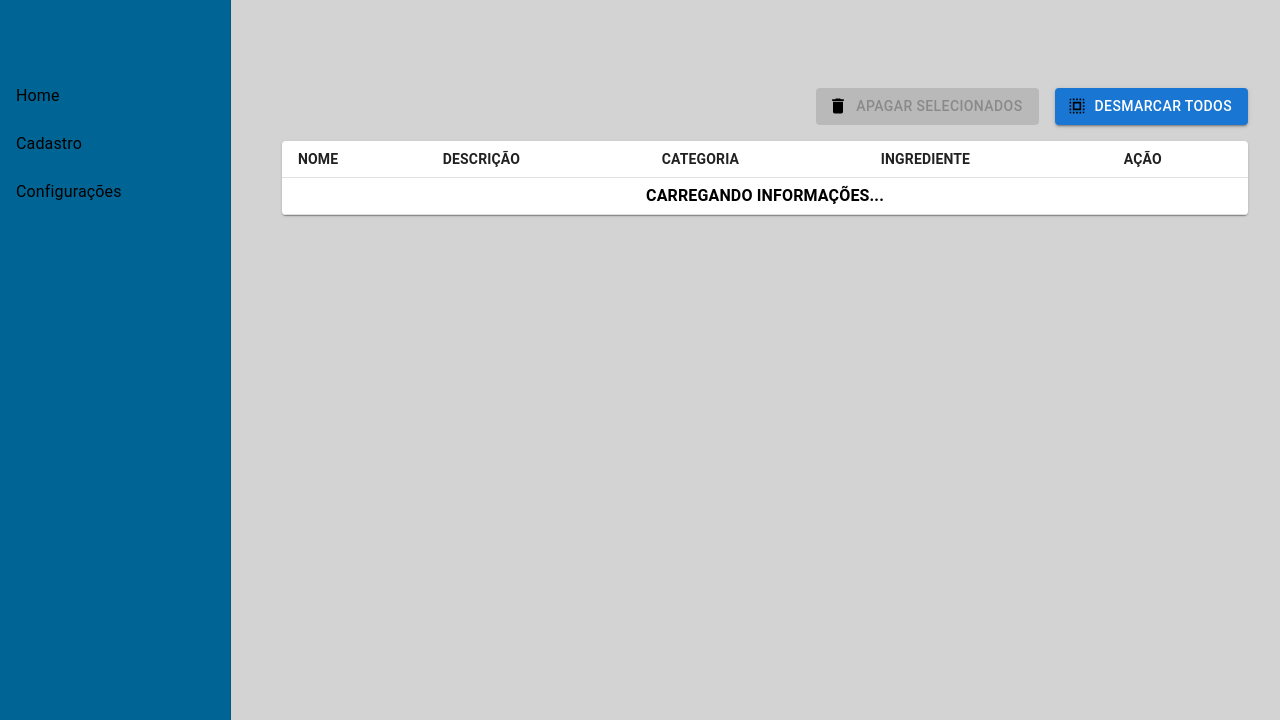
Repository: oZanella/projeto_windel_web_CRM
Page: /
These files come from the project's save history. The page is drawn as it stood at one moment and after the next save; the edit follows.
The browser window is 1280 px wide. The pictures show the whole page.
The page's requests for data from a server got no answer. The project was rebuilt for these pictures with package versions that can differ from the ones it lists, and the page was loaded fresh each time. No one was signed in, and anything a server would have sent is missing. Also part of the build but not shown: vite.config.js, src/routes/Configuracoes.jsx. Imported but missing from the stored project, and not drawn on this page: src/routes/Cadastro.jsx.

Above is the page before, as saved 2024-08-19 08:56:01.

### index.html
<!doctype html>
<html lang="en">

<head>
  <meta charset="UTF-8" />
  <link rel="icon" type="image/svg+xml" href="./src/image/LogoWindel.svg" />
  <link rel="stylesheet" href="src/style/GlobalStyles.css" />
  <link href="https://fonts.googleapis.com/css2?family=Playfair+Display&display=swap" rel="stylesheet">

  <meta name="viewport" content="width=device-width, initial-scale=1.0" />
  <title>Projeto Teste - CRM </title>
</head>

<body>
  <div id="root"></div>
  <script type="module" src="/src/main.jsx"></script>
</body>

</html>

### src/style/GlobalStyles.css
:root {
  --click: #7fa8c4;
  --primary: #E8F1F2;
  --darkblue: #13293D;
  --secondary: #000000;
  --ligthblue: #1b98e0;
  --animation: #006494;
  --ligthkgrey: #D3D3D3;
  --blueceledron: #247ba0;
  --delete: #FF0000;
}

* {
    color: var(--secondary);
}

body {
  background-color: var(--ligthkgrey);
}

### src/main.jsx
import { createBrowserRouter, RouterProvider, Navigate } from "react-router-dom"
import { createRoot } from 'react-dom/client'
import { StrictMode } from 'react'
import { App } from './App.jsx'

import './style/GlobalStyles.css'

//páginas do projeto
import { Cadastro } from './routes/Cadastro.jsx'
import { Home } from './routes/Home.jsx'
import { Configuracoes } from './routes/configuracoes.jsx'

const router = createBrowserRouter([
  {
    element: <App />,
    children: [
      {
        path: '/',
        element: <Navigate to="/home" replace />,
      },
      {
        path: '/home',
        element: <Home />,
      },
      {
        path: '/cadastro',
        element: <Cadastro />,
      },
      {
        path: '/configuracoes',
        element: <Configuracoes />,
      },
    ],
  },
])

createRoot(document.getElementById('root')).render(
  <StrictMode>
    <RouterProvider router={router} />
  </StrictMode>,
)

### src/App.jsx
import { Header } from './components/Header'
import { Outlet } from 'react-router-dom'
import { Box } from '@mui/material'
import './style/GlobalStyles.css'

export function App() {
  return (
    <Box sx={{ p: { xs: 2, sm: 3 }, marginTop: { xs: 8, sm: 8 } }}>
      <Header />
      <Box>
        <Outlet />
      </Box>
    </Box>
  );
}

### src/routes/Home.jsx
import React, { useEffect, useState } from 'react';
import { Box, TextField, Button, Dialog, DialogActions, DialogContent, DialogTitle, Select, MenuItem, FormControl, InputLabel } from '@mui/material';

import { handleShowDetails, handleEdit, handleSave, handleInputChange } from '../components/Handle';
import { CardDados } from '../components/TableHome';

import { blogFetch } from '../axios/config';


export const Home = () => {
  const [posts, setPosts] = useState([]);
  const [selectInfo, setSelectInfo] = useState(null);
  const [modeEdit, setModeEdit] = useState(null);
  const [dataEdit, setDataEdit] = useState({});
  const [openAddDialog, setOpenAddDialog] = useState(false);
  const [newPost, setNewPost] = useState({ name: '', description: '', category: '' });

  const getPosts = async () => {
    try {
      const response = await blogFetch.get("/recipe");
      const uniqueData = response.data.filter((value, index, self) =>
        index === self.findIndex((t) => t.id === value.id)
      );
      setPosts(uniqueData); // Garante que não tenha dados duplicados
    } catch (error) {
      console.log(error);
    }
  };

  useEffect(() => {
    getPosts();
  }, []);

  const handleDelete = async (postId) => {
    try {
      await blogFetch.delete(`/recipe/${postId}`);
      setPosts(posts.filter(post => post.id !== postId));
      console.log('Post deletado com sucesso');
    } catch (error) {
      console.error('Erro ao deletar o post', error);
    }
  };

  const handleAddOpen = () => setOpenAddDialog(true);
  const handleAddClose = () => setOpenAddDialog(false);

  {/* API para envio do novo registro*/ }
  const handleAdd = async () => {
    try {
      const newPostFormatted = {
        name: newPost.name,
        description: newPost.description,
        ingredients: [],
        category: newPost.category,
        isFavorite: newPost.isFavorite
      };

      const response = await blogFetch.post("/recipe", newPostFormatted);
      setPosts([...posts, response.data]);
      setNewPost({ name: '', description: '', category: '', isFavorite: false });
      handleAddClose();
      console.log('Post adicionado com sucesso');
    } catch (error) {
      console.error('Erro ao adicionar o post', error);
    }
  };

  return (
    <Box>
      {/* Dados para Adicionar Novo Registro */}
      <Dialog open={openAddDialog} onClose={handleAddClose}>
        <DialogTitle>Adicionar Novo Registro</DialogTitle>
        <DialogContent>
          <TextField
            name="name"
            label="Nome"
            value={newPost.name}
            onChange={(e) => setNewPost({ ...newPost, name: e.target.value })}
            fullWidth
            sx={{ marginBottom: 2 }}
          />
          <TextField
            name="description"
            label="Descrição"
            value={newPost.description}
            onChange={(e) => setNewPost({ ...newPost, description: e.target.value })}
            fullWidth
            sx={{ marginBottom: 2 }}
          />
          <TextField
            name="category"
            label="Categoria"
            value={newPost.category}
            onChange={(e) => setNewPost({ ...newPost, category: e.target.value })}
            fullWidth
            sx={{ marginBottom: 2 }}
          />
          <FormControl fullWidth sx={{ marginBottom: 2 }}>
            <InputLabel>Favorito</InputLabel>
            <Select
              name="isFavorite"
              value={newPost.isFavorite}
              onChange={(e) => setNewPost({ ...newPost, isFavorite: e.target.value })}
              label="Favorito"
            >
              <MenuItem value={true}>Sim</MenuItem>
              <MenuItem value={false}>Não</MenuItem>

            </Select>
          </FormControl>
        </DialogContent>
        <DialogActions>
          <Button onClick={handleAddClose}>Cancelar</Button>
          <Button onClick={handleAdd}>Adicionar</Button>
        </DialogActions>
      </Dialog>

      <CardDados
        posts={posts}
        handleDelete={handleDelete}
        handleEdit={handleEdit}
        handleSave={handleSave}
        modeEdit={modeEdit}
        setModeEdit={setModeEdit}
        dataEdit={dataEdit}
        setDataEdit={setDataEdit}
        handleInputChange={handleInputChange}
        selectInfo={selectInfo}
        setSelectInfo={setSelectInfo}
        handleShowDetails={handleShowDetails}
      />
    </Box>
  );
};

### src/components/Header.jsx
import { AppBar, Toolbar, Typography, Box, Button, IconButton, Drawer, List, ListItem, ListItemText } from '@mui/material';
import MenuIcon from '@mui/icons-material/Menu';
import Logo from '../image/LogoWindel.svg';
import { Link } from 'react-router-dom';
import React, { useState } from 'react';

export const Header = () => {
  const [isDrawerOpen, setIsDrawerOpen] = useState(false);

  const toggleDrawer = (open) => () => {
    setIsDrawerOpen(open);
  };

  const menuItems = [
    { text: 'Home', link: '/home' },
    { text: 'Cadastro', link: '/cadastro' },
    { text: 'Configurações', link: '/configuracoes' },
  ];

  return (
    <>

      <AppBar
        position="fixed"
        sx={{
          display: { xs: 'flex', sm: 'none' },
          width: '100%',
          boxShadow: '0px 0.01px 11px var(--secondary)',
          top: 0,
          left: 0,
          backgroundColor: 'var(--darkblue)',
        }}
      >
        <Toolbar
          sx={{
            display: 'flex',
            justifyContent: 'space-between',
          }}
        >
          <IconButton
            edge="start"
            color="inherit"
            aria-label="menu"
            onClick={toggleDrawer(true)}
          >
            <MenuIcon />

          </IconButton>
          <Typography variant="h6" sx={{ flexGrow: 1 }}>
            Cooking Cake
          </Typography>

          <IconButton
            to={`/home`}
            sx={{
              cursor: 'default',
            }}
            component={Link}
            aria-label="logo"
          >
            <img src={Logo} alt="Logo" style={{ width: '50px', height: '40px' }} />
          </IconButton>
        </Toolbar>
      </AppBar>


      <Drawer
        anchor="left"
        open={isDrawerOpen}
        onClose={toggleDrawer(false)}
        sx={{
          display: { xs: 'block', sm: 'none' },
          '& .MuiDrawer-paper': {
            width: 240,
            backgroundColor: 'var(--darkblue)',
          },
        }}
      >
        <List>
          {menuItems.map((item) => (
            <ListItem key={item.text} component={Link} to={item.link} onClick={toggleDrawer(false)}>
              <ListItemText primary={item.text} />
            </ListItem>
          ))}
        </List>
      </Drawer>


      <Drawer
        variant="permanent"
        sx={{
          display: { xs: 'none', sm: 'block' },
          '& .MuiDrawer-paper': {
            width: 230,
            backgroundColor: 'var(--animation)',
          },
        }}
        open
      >
        <Toolbar />
        <Box sx={{ overflow: 'auto' }}>
          <List>
            {menuItems.map((item) => (
              <ListItem key={item.text} component={Link} to={item.link}>
                <ListItemText primary={item.text} />
              </ListItem>
            ))}
          </List>
        </Box>
      </Drawer>

    </>
  );
};

### src/components/Handle.jsx

import { blogFetch } from '../axios/config';


export const handleShowDetails = (post, setSelectInfo, selectInfo) => {
  if (selectInfo?.id === post.id) {
    setSelectInfo(null); // Fecha se já estiver aberto
  } else {
    setSelectInfo(post); // Abre o post atual
  }
};

export const handleEdit = (post, setModeEdit, setDataEdit) => {
  setModeEdit(post.id);
  setDataEdit(post);
};

//continua com erro, verificar!!
export const handleSave = async (postId, updateData) => {
  try {
    // Envie uma requisição PUT ou POST para salvar os dados atualizados
    const response = await blogFetch.put(`/blogFetch/posts/${postId}`, updateData);
    console.log('Dados salvos com sucesso', response.data);

  } catch (error) {
    console.error('Erro de API', error);
  }
};

export const handleInputChange = (e, setDataEdit) => {
  setDataEdit(prevDataEdit => ({ ...prevDataEdit, [e.target.name]: e.target.value }));
};

### src/components/TableHome.jsx
import React, { useState, useEffect } from 'react';
import {
  Table, TableBody, TableCell, TableContainer, TableHead, TableRow, Typography, Box, Button, IconButton, TextField, Dialog, DialogContent, DialogActions, FormControlLabel, Switch, Chip, Paper, Checkbox
} from '@mui/material';
import EditIcon from '@mui/icons-material/Edit';
import SaveIcon from '@mui/icons-material/Save';
import AddIcon from '@mui/icons-material/Add';
import CloseIcon from '@mui/icons-material/Close';
import DeleteIcon from '@mui/icons-material/Delete';
import SelectAllIcon from '@mui/icons-material/SelectAll';
import axios from 'axios';

const API_BASE_URL = 'https://teste-tecnico-front-api.up.railway.app';

export const CardDados = ({
  posts, setPosts, handleDelete
}) => {
  const [openModal, setOpenModal] = useState(false);
  const [currentPost, setCurrentPost] = useState(null);
  const [dataEdit, setDataEdit] = useState({});
  const [newIngredient, setNewIngredient] = useState('');
  const [selectedPosts, setSelectedPosts] = useState([]);

  useEffect(() => {
    if (currentPost) {
      setDataEdit({ ...currentPost });
    }
  }, [currentPost]);

  const handleEditOpen = (post) => {
    setCurrentPost(post);
    setOpenModal(true);
  };

  const handleEditClose = () => {
    setOpenModal(false);
    setCurrentPost(null);
    setNewIngredient('');
  };

  const handleSaveModal = async () => {
    if (currentPost) {
      try {
        await axios.put(`${API_BASE_URL}/posts/${currentPost.id}`, dataEdit);
        const response = await axios.get(`${API_BASE_URL}/posts`);
        setPosts(response.data);
        handleEditClose();
      } catch (error) {
        console.error('Error ao salvar:', error);
      }
    }
  };

  const handleAddIngredient = () => {
    if (newIngredient.trim() !== '') {
      setDataEdit((prevData) => ({
        ...prevData,
        ingredients: [...(prevData.ingredients || []), newIngredient.trim()],
      }));
      setNewIngredient('');
    }
  };

  const handleRemoveIngredient = (ingredientToRemove) => {
    setDataEdit((prevData) => ({
      ...prevData,
      ingredients: (prevData.ingredients || []).filter((ingredient) => ingredient !== ingredientToRemove),
    }));
  };

  const handleSelectAll = () => {
    if (selectedPosts.length === posts.length) {
      setSelectedPosts([]);
    } else {
      setSelectedPosts(posts.map(post => post.id));
    }
  };

  const handleDeleteSelected = async () => {
    try {
      await Promise.all(selectedPosts.map(id => axios.delete(`${API_BASE_URL}/posts/${id}`)));
      const response = await axios.get(`${API_BASE_URL}/posts`);
      setPosts(response.data);
      setSelectedPosts([]);
    } catch (error) {
      console.error('Error ao apagar os registros:', error);
    }
  };

  const handleSelectPost = (id) => {
    setSelectedPosts(prevSelected =>
      prevSelected.includes(id)
        ? prevSelected.filter(postId => postId !== id)
        : [...prevSelected, id]
    );
  };

  return (
    <>
      <Box sx={{ display: 'flex', justifyContent: 'flex-end', mb: 2 }}>
        <Button
          variant="contained"
          color="error"
          startIcon={<DeleteIcon />}
          onClick={handleDeleteSelected}
          disabled={selectedPosts.length === 0}
          sx={{ marginRight: 2 }}
        >
          Apagar Selecionados
        </Button>
        <Button
          variant="contained"
          color="primary"
          startIcon={<SelectAllIcon />}
          onClick={handleSelectAll}
        >
          {selectedPosts.length === posts.length ? 'Desmarcar Todos' : 'Selecionar Todos'}
        </Button>
      </Box>

      {/* Tabela aonde aparece os dados
      Dentro do TableContainer tem um calculo que é feito por conta do menu lateral*/}
      <TableContainer component={Paper} sx={{ overflowX: 'auto', width: { xs: '100%', sm: 'calc(100% - 250px)' }, ml: { sm: '250px' } }}>
        <Table size='small'>
          <TableHead>
            <TableRow>
              <TableCell sx={{ fontWeight: 'bold', textTransform: 'uppercase' }}>Nome</TableCell>
              <TableCell sx={{ fontWeight: 'bold', textTransform: 'uppercase' }}>Descrição</TableCell>
              <TableCell sx={{ fontWeight: 'bold', textTransform: 'uppercase' }}>Categoria</TableCell>
              <TableCell sx={{ fontWeight: 'bold', textTransform: 'uppercase' }}>Ingrediente</TableCell>
              <TableCell sx={{ fontWeight: 'bold', textTransform: 'uppercase' }}>Ação</TableCell>
            </TableRow>
          </TableHead>
          <TableBody>
            {posts.length === 0 ? (
              <TableRow>
                <TableCell colSpan={5} align="center">
                  <Typography variant="body1" sx={{ fontWeight: 'bold', textTransform: 'uppercase' }}>Carregando informações...</Typography>
                </TableCell>
              </TableRow>
            ) : (
              posts.map((post) => (
                <TableRow sx={{ height: 'auto' }} key={post.id}>
                  <TableCell sx={{ padding: '8px' }}>
                    {post.name}
                  </TableCell>
                  <TableCell sx={{ padding: '8px' }}>{post.description}</TableCell>
                  <TableCell sx={{ padding: '8px' }}>{post.category}</TableCell>

                  <TableCell sx={{ padding: '8px' }}>
                    <Box sx={{
                      display: 'flex',
                      flexWrap: 'wrap',
                      overflowX: 'auto',
                      gap: 1,
                      width: '100%',
                    }}>
                      {post.ingredients && post.ingredients.length > 0 ? (
                        post.ingredients.map((ingredient) => (
                          <Box
                            key={ingredient.id}
                            sx={{
                              display: 'flex',
                              flexDirection: 'column',
                              alignItems: 'flex-start',
                              marginRight: 1,
                              marginBottom: 1,
                            }}
                          >
                            <Typography variant="body1">{ingredient.name}</Typography>
                            <Typography variant="body2" color="textSecondary">
                              Quantidade: {ingredient.quantity}
                            </Typography>
                          </Box>
                        ))
                      ) : (
                        <Typography variant="body2">Nenhum ingrediente disponível</Typography>
                      )}
                    </Box>
                  </TableCell>

                  <TableCell>
                    <Box sx={{ display: 'flex', alignItems: 'center' }}>
                      <Checkbox
                        checked={selectedPosts.includes(post.id)}
                        onChange={() => handleSelectPost(post.id)}
                        color="primary"
                      />
                      <IconButton
                        color="primary"
                        onClick={() => handleEditOpen(post)}
                        sx={{ mr: 1 }}
                      >
                        <EditIcon />
                      </IconButton>
                      <IconButton
                        color="error"
                        onClick={() => handleDelete(post.id)}
                      >
                        <DeleteIcon />
                      </IconButton>
                    </Box>
                  </TableCell>
                </TableRow>
              ))
            )}
          </TableBody>
        </Table>
      </TableContainer>

      {/* Modal de edição */}
      <Dialog open={openModal} onClose={handleEditClose} fullWidth maxWidth="sm">
        <DialogContent>
          {currentPost && (
            <Box component="form" sx={{ display: 'flex', flexDirection: 'column', gap: 2 }}>
              <TextField
                name="name"
                label="Nome"
                value={dataEdit.name || ''}
                onChange={(e) => setDataEdit({ ...dataEdit, name: e.target.value })}
                fullWidth
                sx={{ marginBottom: 2 }}
              />
              <TextField
                name="description"
                label="Descrição"
                value={dataEdit.description || ''}
                onChange={(e) => setDataEdit({ ...dataEdit, description: e.target.value })}
                fullWidth
                sx={{ marginBottom: 2 }}
              />
              <TextField
                name="category"
                label="Categoria"
                value={dataEdit.category || ''}
                onChange={(e) => setDataEdit({ ...dataEdit, category: e.target.value })}
                fullWidth
                sx={{ marginBottom: 2 }}
              />
              <FormControlLabel
                control={
                  <Switch
                    checked={dataEdit.isFavorite || false}
                    onChange={(e) => setDataEdit({ ...dataEdit, isFavorite: e.target.checked })}
                    color="primary"
                  />
                }
                label="Favorito"
              />
              <Box sx={{ display: 'flex', gap: 2 }}>
                <TextField
                  label="Novo Ingrediente"
                  value={newIngredient}
                  onChange={(e) => setNewIngredient(e.target.value)}
                  fullWidth
                  sx={{ marginBottom: 2 }}
                />
                <IconButton
                  color="primary"
                  onClick={handleAddIngredient}
                  disabled={!newIngredient.trim()}
                  sx={{ marginBottom: 2 }}
                >
                  <AddIcon />
                </IconButton>
              </Box>

              {dataEdit.ingredients && dataEdit.ingredients.length > 0 && (
                <Box sx={{ display: 'flex', flexWrap: 'wrap', gap: 1 }}>
                  {dataEdit.ingredients.map((ingredient, index) => (
                    <Chip
                      key={index}
                      label={ingredient}
                      onDelete={() => handleRemoveIngredient(ingredient)}
                      sx={{ marginBottom: 2 }}
                    />
                  ))}
                </Box>
              )}
            </Box>
          )}
        </DialogContent>
        <DialogActions>
          <Button onClick={handleEditClose} color="secondary" startIcon={<CloseIcon />}>
            Cancelar
          </Button>
          <Button onClick={handleSaveModal} color="primary" startIcon={<SaveIcon />}>
            Salvar
          </Button>
        </DialogActions>
      </Dialog>
    </>
  );
};

### src/axios/config.jsx
// src/axios/config.js
import axios from 'axios';

export const blogFetch = axios.create({
  baseURL: 'https://teste-tecnico-front-api.up.railway.app',
  headers: {
    'Content-Type': 'application/json',
  },
});

After the next save:
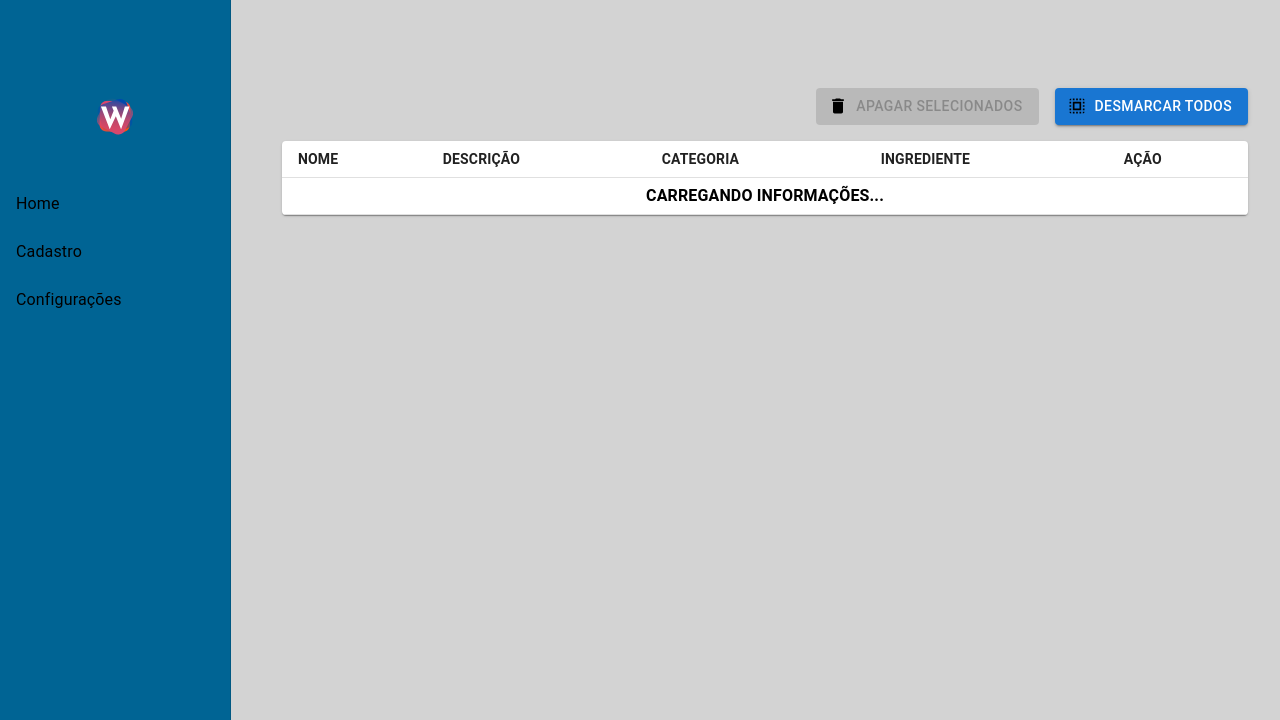
Saved 71 s later.
--- a/src/components/Header.jsx
+++ b/src/components/Header.jsx
@@ -1,4 +1,4 @@
-import { AppBar, Toolbar, Typography, Box, Button, IconButton, Drawer, List, ListItem, ListItemText } from '@mui/material';
+import { AppBar, Toolbar, Typography, Box, IconButton, Drawer, List, ListItem, ListItemText } from '@mui/material';
 import MenuIcon from '@mui/icons-material/Menu';
 import Logo from '../image/LogoWindel.svg';
 import { Link } from 'react-router-dom';
@@ -19,7 +19,7 @@ export const Header = () => {
 
   return (
     <>
-
+      {/* Mobile AppBar */}
       <AppBar
         position="fixed"
         sx={{
@@ -44,12 +44,10 @@ export const Header = () => {
             onClick={toggleDrawer(true)}
           >
             <MenuIcon />
-
           </IconButton>
           <Typography variant="h6" sx={{ flexGrow: 1 }}>
             Cooking Cake
           </Typography>
-
           <IconButton
             to={`/home`}
             sx={{
@@ -63,7 +61,7 @@ export const Header = () => {
         </Toolbar>
       </AppBar>
 
-
+      {/* Mobile Drawer */}
       <Drawer
         anchor="left"
         open={isDrawerOpen}
@@ -76,6 +74,16 @@ export const Header = () => {
           },
         }}
       >
+        <Box sx={{ padding: 2, display: 'flex', flexDirection: 'column', alignItems: 'center' }}>
+          <IconButton
+            to={`/home`}
+            sx={{ cursor: 'default' }}
+            component={Link}
+            aria-label="logo"
+          >
+            <img src={Logo} alt="Logo" style={{ width: '80px', height: '60px' }} />
+          </IconButton>
+        </Box>
         <List>
           {menuItems.map((item) => (
             <ListItem key={item.text} component={Link} to={item.link} onClick={toggleDrawer(false)}>
@@ -85,7 +93,7 @@ export const Header = () => {
         </List>
       </Drawer>
 
-
+      {/* Desktop Drawer */}
       <Drawer
         variant="permanent"
         sx={{
@@ -98,6 +106,16 @@ export const Header = () => {
         open
       >
         <Toolbar />
+        <Box sx={{ padding: 2, display: 'flex', flexDirection: 'column', alignItems: 'center' }}>
+          <IconButton
+            to={`/home`}
+            sx={{ cursor: 'default' }}
+            component={Link}
+            aria-label="logo"
+          >
+            <img src={Logo} alt="Logo" style={{ width: '80px', height: '60px' }} />
+          </IconButton>
+        </Box>
         <Box sx={{ overflow: 'auto' }}>
           <List>
             {menuItems.map((item) => (
@@ -108,7 +126,6 @@ export const Header = () => {
           </List>
         </Box>
       </Drawer>
-
     </>
   );
 };
